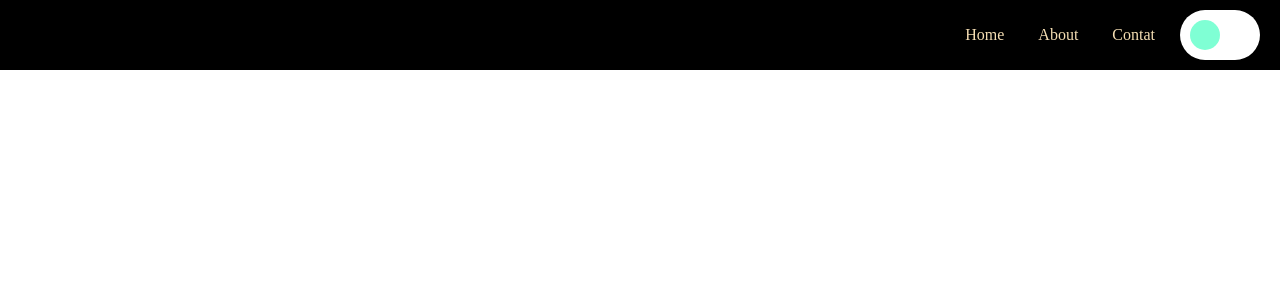
Repository: imokha01/toggleNavBar
Page: index.html
An editor plug-in stored every save of this project. The page is shown before and after a run of saves, followed by the edit.
The browser window is 1280 px wide. The pictures show the whole page.

Above is the page before, as saved 2023-12-26 22:37:22.

### index.html
<!DOCTYPE html>
<html lang="en">
<head>
    <meta charset="UTF-8">
    <meta name="viewport" content="width=device-width, initial-scale=1.0">
    <title>Toggle Nav Bar</title>
    <link rel="stylesheet" href="style.css">
</head>
<body>
    <header class="header">
        <div class="header__content">
            <nav class="header__content__navbar">
                <li class="header__content__navbar__list">
                    <a href="#" class="header__content__navbar__link">Home</a>
                </li>
                <li class="header__content__navbar__list">
                    <a href="#" class="header__content__navbar__link">About</a>
                </li>
                <li class="header__content__navbar__list">
                    <a href="#" class="header__content__navbar__link">Contat</a>
                </li>
            </nav>
            <input type="checkbox" class="checkbox toggle-triger">
        </div>

    </header>
</body>
</html>

### style.css
*{
    margin: 0;
    padding: 0;
    box-sizing: border-box;
}

.header {
    background: #000;
    /* height: 70px; */

}


.header__content__navbar__list {
    display: inline-block;
    list-style-type: none;
}

.header__content__navbar__link{
    color: wheat;
    text-decoration: none;
    padding: 15px;
}

.header__content {
    display: flex;
    justify-content: end;
    align-items: center;
    padding: 10px 20px;

    gap: 10px;
}

.checkbox {
    width: 80px;
    height:50px;
    border-radius: 60px;
    background-color: #fff;
    appearance: none;
    position: relative;
    outline: none;
    cursor: pointer;
    transition: .5s;
}

.checkbox::before {
    height: 50px;
    width: 50px;
    position: absolute;
    top: 0;
    left: 0;
    content: "";
    background-color: aquamarine;
    border-radius: 60px;
    transform: scale(0.6);
    transition: .5s;
}

.checkbox:checked{
    background-color: blue;
}

After the next 2 saves:
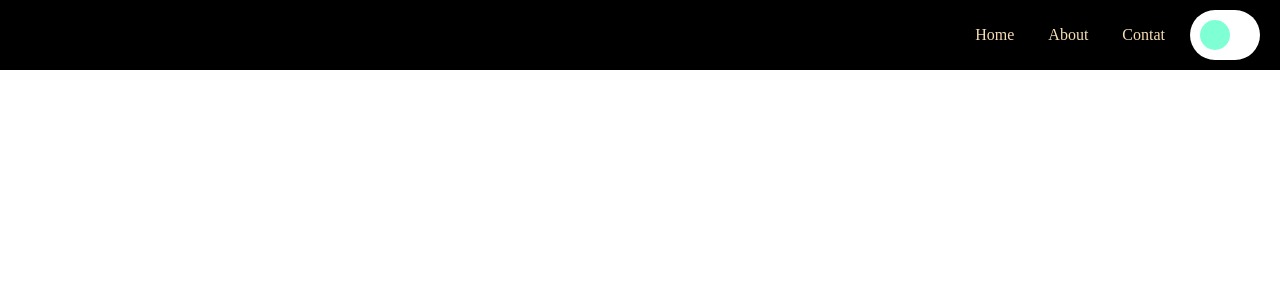
The 2 saves are shown as one change because they came seconds apart.
The last was saved 15 s later.
--- a/style.css
+++ b/style.css
@@ -32,7 +32,7 @@
 }
 
 .checkbox {
-    width: 80px;
+    width: 70px;
     height:50px;
     border-radius: 60px;
     background-color: #fff;
